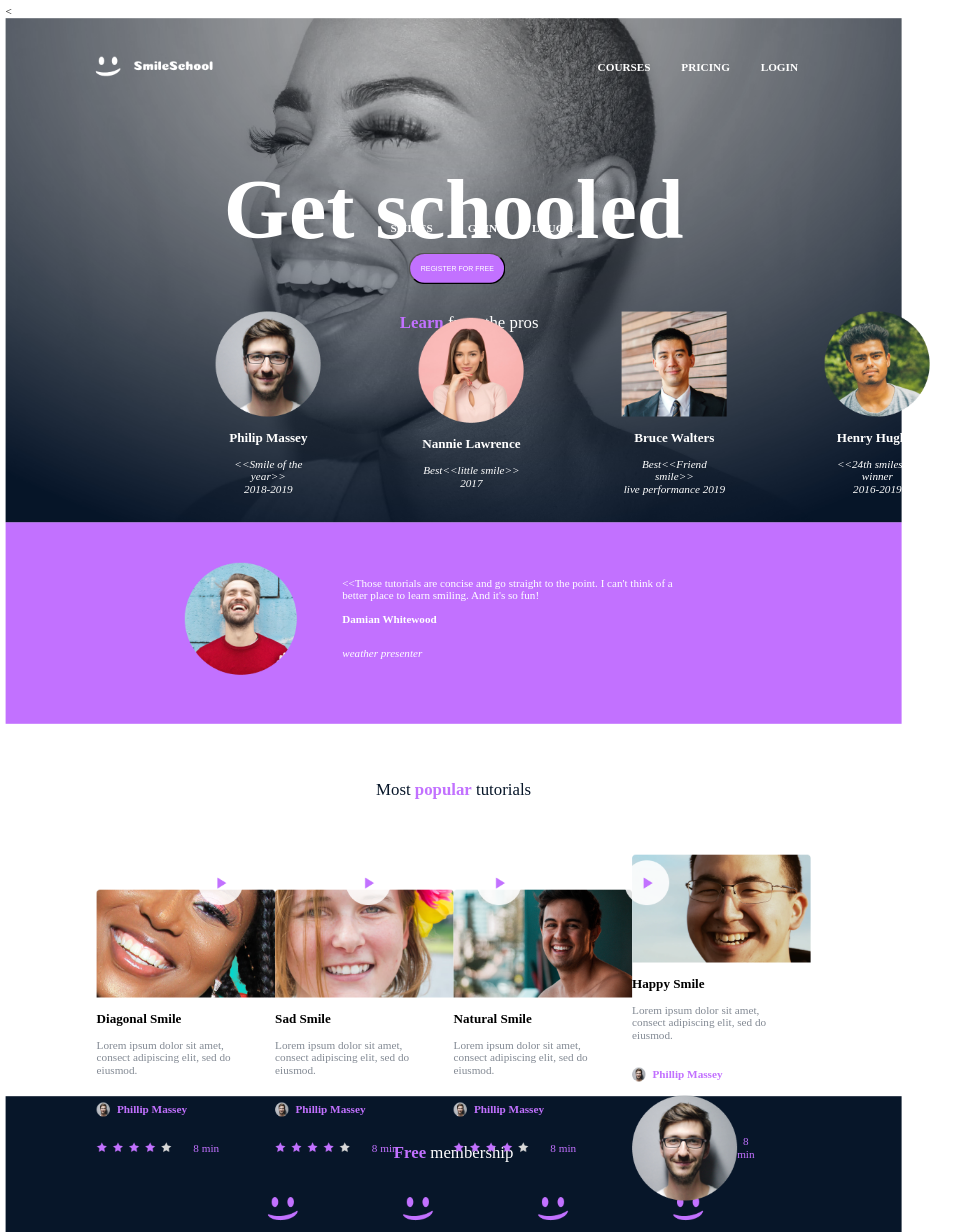
Repository: Patience225/alx_html_css
Page: css_advanced/index.html
These files come from the project's save history. The page is drawn as it stood at one moment and after the next save; the edit follows.
The browser window is 1280 px wide. The page is 1398 px wide, so the pictures cover 1398 px, including what lies to the right of the window. The pictures show the part of the page from y = 0 to 1760 px (the page is 2946 px tall before and 2928 px after), at 70% of full size.

Above is the page before, as saved 2025-01-03 11:28:59.

After the next save:
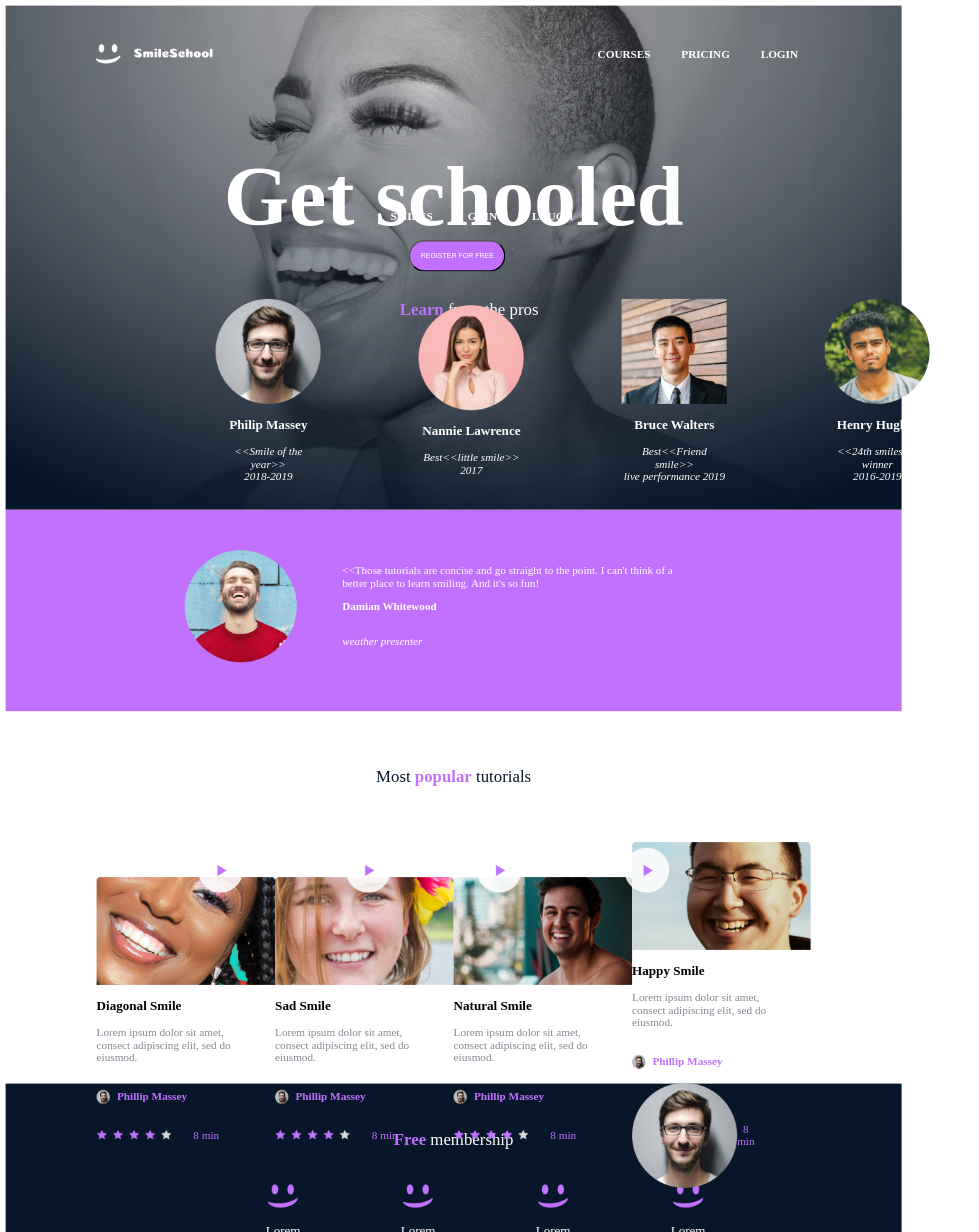
Saved 4 s later.
--- a/css_advanced/index.html
+++ b/css_advanced/index.html
@@ -1,4 +1,4 @@
-<<!DOCTYPE html>
+<!<!DOCTYPE html>
 <html lang="en">
   <head>
     <meta charset="UTF-8" />
